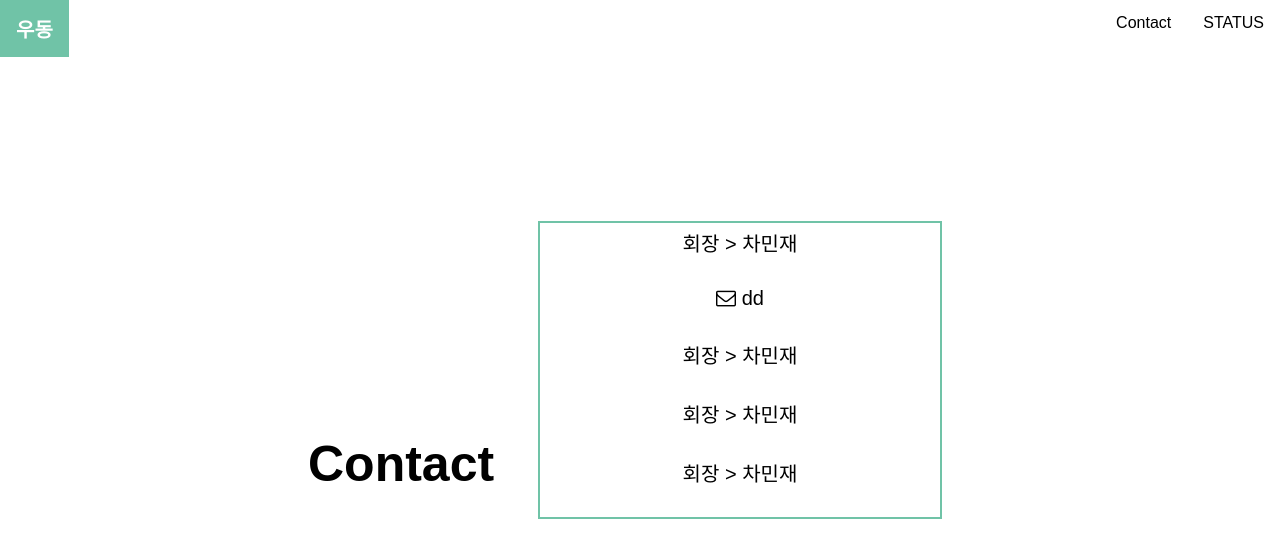
Repository: charmingjae/circles
Page: http://localhost/circles/root/contact.jsp
An editor plug-in stored every save of this project. The page is shown before and after the next save, followed by the edit.
The browser window is 1280 px wide. The pictures show the whole page.
Some web fonts or font styles are not loaded; a fallback is used. The page is served by Tomcat 9.

Above is the page before, as saved 2020-07-09 15:03:07.

After the next save:
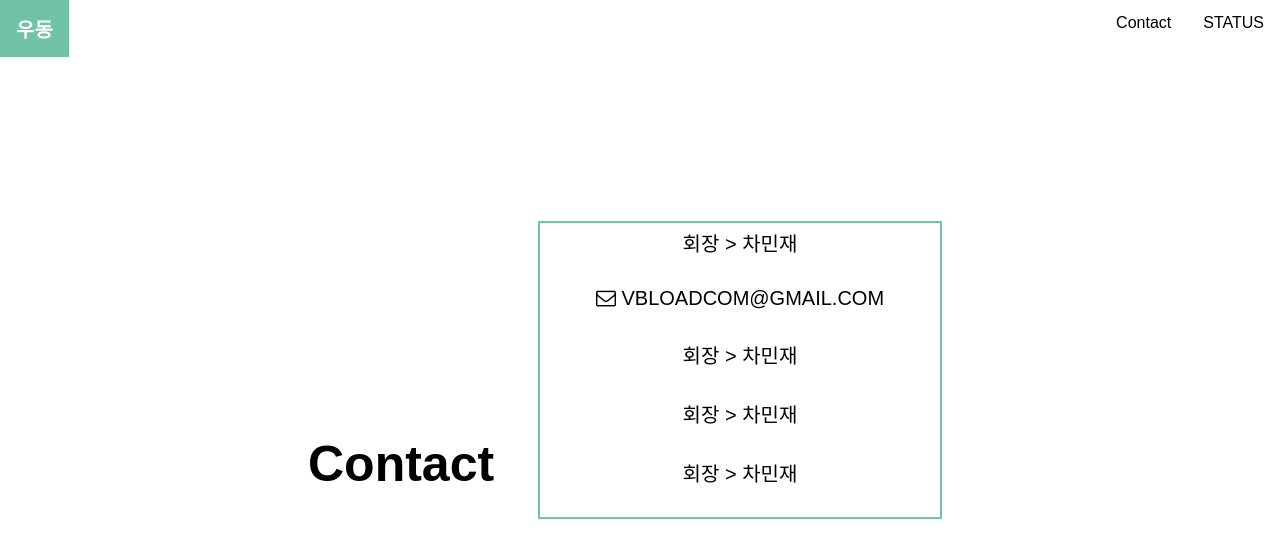
Saved 66 s later.
--- a/circles/WebContent/root/contact.jsp
+++ b/circles/WebContent/root/contact.jsp
@@ -21,7 +21,7 @@
 			<span id="head"> Contact </span>
 			<div class="main">
 				<span id="showEtc"> 회장 > 차민재 </span>
-				<span id="showEtc"><i class="fa fa-envelope-o" aria-hidden="true"></i> dd  </span>
+				<span id="showEtc"><i class="fa fa-envelope-o" aria-hidden="true"></i> VBLOADCOM@GMAIL.COM  </span>
 				<span id="showEtc"> 회장 > 차민재 </span>
 				<span id="showEtc"> 회장 > 차민재 </span>
 				<span id="showEtc"> 회장 > 차민재 </span>
